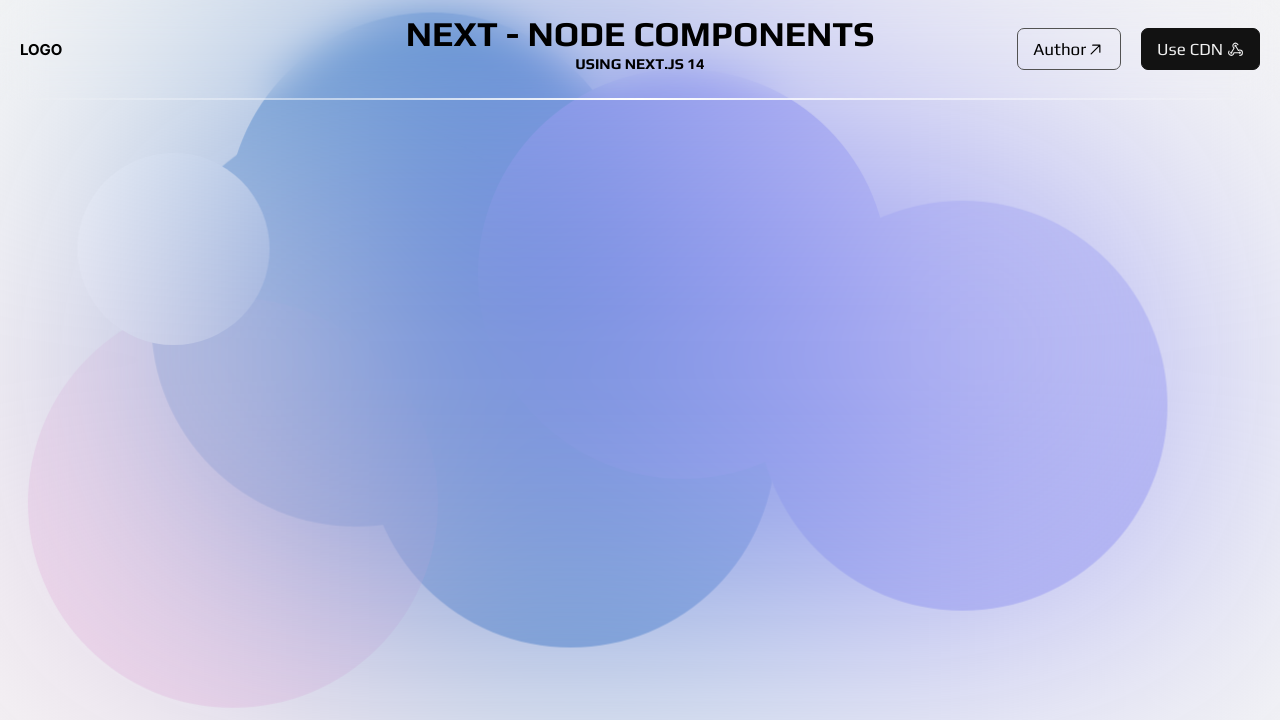
Repository: keval-gohil/komponents
Page: /
These files come from the project's save history. The page is drawn as it stood at one moment and after the next save; the edit follows.
The browser window is 1280 px wide. The pictures show the whole page.
Some web fonts or font styles are not loaded; a fallback is used. The project was rebuilt for these pictures with package versions that can differ from the ones it lists, and the page was loaded fresh each time. The framework's server and built-in components were replaced by stand-ins that run in the browser. Also part of the build but not shown: next.config.mjs.

Above is the page before, as saved 2024-03-07 13:30:01.

### app/layout.js
import { Inter } from "next/font/google";
import "./globals.css";

const inter = Inter({ subsets: ["latin"] });

export const metadata = {
  title: "Komponents | Next-Node",
  description: "Generated by create next app",
};

export default function RootLayout({ children }) {
  return (
    <html lang="en" suppressHydrationWarning={true}>
      <body className={inter.className}>{children}</body>
    </html>
  );
}

### app/page.js
import Background from '@/components/reuse/background'
import Header from '@/components/reuse/header'
import React from 'react'

const page = () => {
  return (
    <>
      <Background />
      <Header />
    </>
  )
}

export default page

### app/globals.css

*,
*:before,
*:after {
	padding: 0;
	margin: 0;
	box-sizing: border-box;
	-webkit-tap-highlight-color: transparent;
}

html {
	scroll-behavior: smooth;
	font-size: 10px;
}

body {
	width: 100%;
	height: 100%;
	overflow-x: hidden;
	background-color: whitesmoke;
}

.bouncing-blob {
	width: 32vw;
	aspect-ratio: 1;
	border-radius: 50%;
	will-change: transform;
	position: absolute;
	z-index: 1;
	top: 0;
	left: 0;
	transform-origin: left top;
  }

  .bouncing-blob--blue {
	background: #4783c7;
  }

  .bouncing-blob--white {
	background: #ffffff;
	z-index: 2;
	width: 15vw;
  }

  .bouncing-blob--purple {
	background: #8c8ff1;
  }

  .bouncing-blob--pink {
	background: #e289cd50;
  }

  .bouncing-blobs-container {
	position: fixed;
	z-index: -1;
	top: 0;
	left: 0;
	width: 100%;
	height: 100%;
  }

  .bouncing-blobs-glass {
	position: absolute;
	z-index: 2;
	top: 0;
	left: 0;
	width: 100%;
	height: 100%;
	backdrop-filter: blur(140px);
	-webkit-backdrop-filter: blur(140px);
	pointer-events: none;
  }

  .bouncing-blobs {
	position: absolute;
	z-index: 1;
	top: 0;
	left: 0;
	width: 100%;
	height: 100%;
  }

  .main-content {
	display: flex;
	flex-direction: column;
	justify-content: center;
	align-items: center;
	width: 100%;
  }




  @media (max-width: 1200px) {
	.bouncing-blobs-glass {
	  backdrop-filter: blur(120px);
	  -webkit-backdrop-filter: blur(120px);
	}
  }

  @media (max-width: 500px) {
	.bouncing-blob {
	  width: 60vw;
	}
	.bouncing-blob--white {
	  width: 30vw;
	}
	.bouncing-blobs-glass {
	  backdrop-filter: blur(90px);
	  -webkit-backdrop-filter: blur(90px);
	}

  }

### components/reuse/background.js
'use client'
import React, { useEffect } from 'react';

const MIN_SPEED = 1.5;
const MAX_SPEED = 2.5;

function randomNumber(min, max) {
  return Math.random() * (max - min) + min;
}

class Blob {
  constructor(el) {
    this.el = el;
    const boundingRect = this.el.getBoundingClientRect();
    this.size = boundingRect.width;
    this.initialX = randomNumber(0, window.innerWidth - this.size);
    this.initialY = randomNumber(0, window.innerHeight - this.size);
    this.el.style.top = `${this.initialY}px`;
    this.el.style.left = `${this.initialX}px`;
    this.vx =
      randomNumber(MIN_SPEED, MAX_SPEED) * (Math.random() > 0.5 ? 1 : -1);
    this.vy =
      randomNumber(MIN_SPEED, MAX_SPEED) * (Math.random() > 0.5 ? 1 : -1);
    this.x = this.initialX;
    this.y = this.initialY;
  }

  update() {
    this.x += this.vx;
    this.y += this.vy;
    if (this.x >= window.innerWidth - this.size) {
      this.x = window.innerWidth - this.size;
      this.vx *= -1;
    }
    if (this.y >= window.innerHeight - this.size) {
      this.y = window.innerHeight - this.size;
      this.vy *= -1;
    }
    if (this.x <= 0) {
      this.x = 0;
      this.vx *= -1;
    }
    if (this.y <= 0) {
      this.y = 0;
      this.vy *= -1;
    }
  }

  move() {
    this.el.style.transform = `translate(${this.x - this.initialX}px, ${
      this.y - this.initialY
    }px)`;
  }
}

function Background() {
  useEffect(() => {
    const blobEls = document.querySelectorAll('.bouncing-blob');
    const blobs = Array.from(blobEls).map((blobEl) => new Blob(blobEl));

    function update() {
      requestAnimationFrame(update);
      blobs.forEach((blob) => {
        blob.update();
        blob.move();
      });
    }

    requestAnimationFrame(update);

    return () => cancelAnimationFrame(update);
  }, []);

  return (
    <div className="bouncing-blobs-container">
      <div className="bouncing-blobs-glass"></div>
      <div className="bouncing-blobs">
        <div className="bouncing-blob bouncing-blob--blue"></div>
        <div className="bouncing-blob bouncing-blob--blue"></div>
        <div className="bouncing-blob bouncing-blob--blue"></div>
        <div className="bouncing-blob bouncing-blob--white"></div>
        <div className="bouncing-blob bouncing-blob--purple"></div>
        <div className="bouncing-blob bouncing-blob--purple"></div>
        <div className="bouncing-blob bouncing-blob--pink"></div>
      </div>
    </div>
  );
}

export default Background;

### components/reuse/header.js
import React from 'react'
import Style from '@/components/reuse/styles/style.css'

const Header = () => {
  return (
    <>
        <nav>
            <h1>LOGO</h1>
            <h2>Next - Node Components<span>using Next.js 14</span></h2>
            <div>
              <button>Author <i className='mynaui--arrow-up-right'></i></button>
              <button>Use CDN&nbsp;<i className='ph--webhooks-logo'></i></button>
            </div>
        </nav>
    </>
  )
}

export default Header

### components/reuse/styles/style.css

@import url('https://fonts.googleapis.com/css2?family=Anta&family=Play:wght@400;700&display=swap');


nav{
    display: flex;
    justify-content: space-between;
    align-items: center;
    background: transparent;
    backdrop-filter: blur(20px);
    height: 10rem;
    border-bottom: 0.2rem solid transparent;
    border-image: linear-gradient(0.25turn, rgba(56,2,155,0), #fff, rgba(56,2,155,0));
    border-image-slice: 1;
    padding: 0 2rem;
}
nav h1, nav div{
    width: 20%;
}
nav h2{
    display: flex;
    flex-direction: column;
    text-align: center;
    font-family: "Play", sans-serif;
    font-weight: 800;
    text-transform: uppercase;
    line-height: 3rem;
    font-size: 3.5rem;
}
nav h2 span{
    font-size: 1.5rem;
    margin: 0;
    padding: 0;
}

nav div{
    display: flex;
    justify-content: end;
    gap: 2rem;
}
nav div button{
    display: flex;
    align-items: end;
    font-size: 1.7rem;
    padding: 1rem 1.5rem;
    padding-bottom: 1rem;
    border: 0.1rem solid #525252;
    border-radius: 0.7rem;
    background: transparent;
    cursor: pointer;
    font-family: "Play", sans-serif;
}
nav div button .mynaui--arrow-up-right {
    display: inline-block;
    width: 1.1em;
    height: 1.1em;
    --svg: url("data:[embedded picture, 231 characters]");
    background-color: currentColor;
    -webkit-mask-image: var(--svg);
    mask-image: var(--svg);
    -webkit-mask-repeat: no-repeat;
    mask-repeat: no-repeat;
    -webkit-mask-size: 100% 100%;
    mask-size: 100% 100%;
}
nav div button .ph--webhooks-logo {
    display: inline-block;
    width: 1em;
    height: 1em;
    --svg: url("data:[embedded picture, 574 characters]");
    background-color: currentColor;
    -webkit-mask-image: var(--svg);
    mask-image: var(--svg);
    -webkit-mask-repeat: no-repeat;
    mask-repeat: no-repeat;
    -webkit-mask-size: 100% 100%;
    mask-size: 100% 100%;
}

nav div button:nth-child(2){
    background: #121212;
    border-color: #121212;
    color: #f0f0f0;
    align-items: center;
}
nav div button:hover {
    text-decoration: underline;
}

After the next save:
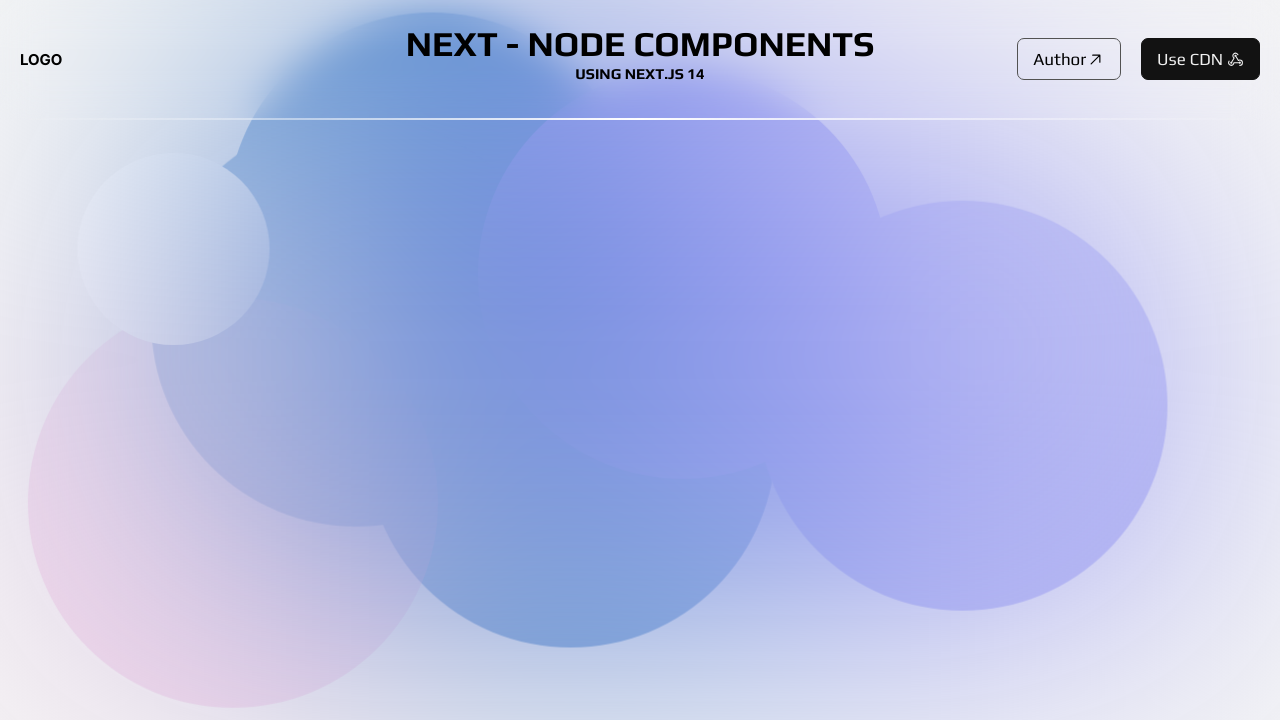
Saved 14 s later.
--- a/components/reuse/styles/style.css
+++ b/components/reuse/styles/style.css
@@ -8,7 +8,7 @@
     align-items: center;
     background: transparent;
     backdrop-filter: blur(20px);
-    height: 10rem;
+    height: 12rem;
     border-bottom: 0.2rem solid transparent;
     border-image: linear-gradient(0.25turn, rgba(56,2,155,0), #fff, rgba(56,2,155,0));
     border-image-slice: 1;
